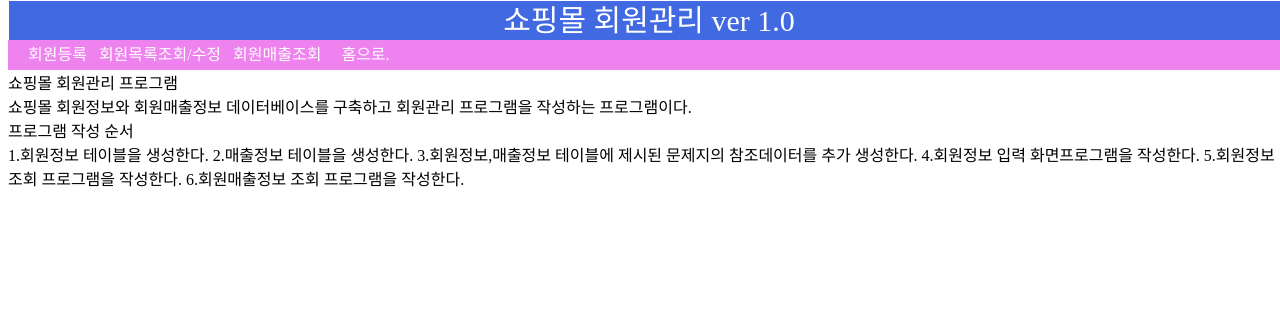
Repository: GotChun/license_practice
Page: http://localhost/HRD_8155/
These files come from the project's save history. The page is drawn as it stood at one moment and after the next save; the edit follows.
The browser window is 1280 px wide. The pictures show the whole page.
The page is served by Tomcat 9.

Above is the page before, as saved 2025-02-18 14:22:45.

After the next save:
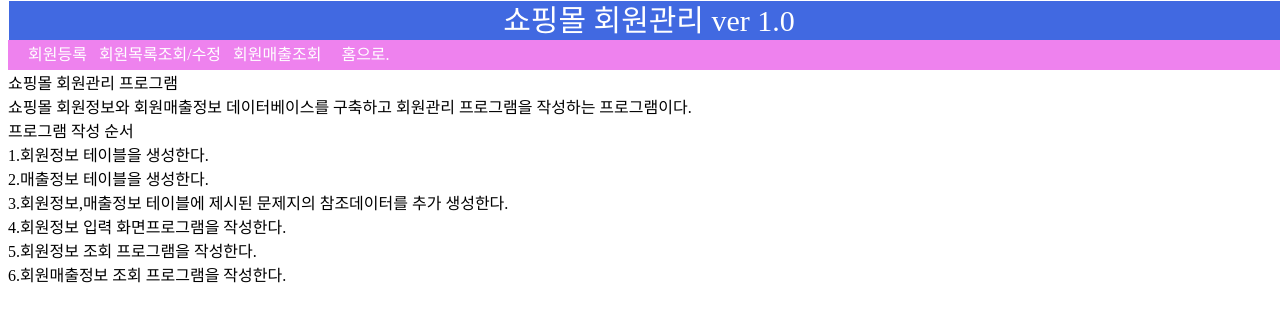
Saved 8 s later.
--- a/HRD_8155/src/main/webapp/index.jsp
+++ b/HRD_8155/src/main/webapp/index.jsp
@@ -17,12 +17,12 @@
 	 	쇼핑몰 회원관리 프로그램<br>
 	 	쇼핑몰 회원정보와 회원매출정보 데이터베이스를 구축하고 회원관리 프로그램을 작성하는 프로그램이다.<br>
 	 	프로그램 작성 순서<br>
-	 	1.회원정보 테이블을 생성한다.
-	 	2.매출정보 테이블을 생성한다.
-	 	3.회원정보,매출정보 테이블에 제시된 문제지의 참조데이터를 추가 생성한다.
-	 	4.회원정보 입력 화면프로그램을 작성한다.
-	 	5.회원정보 조회 프로그램을 작성한다.
-	 	6.회원매출정보 조회 프로그램을 작성한다.
+	 	1.회원정보 테이블을 생성한다.<br>
+	 	2.매출정보 테이블을 생성한다.<br>
+	 	3.회원정보,매출정보 테이블에 제시된 문제지의 참조데이터를 추가 생성한다.<br>
+	 	4.회원정보 입력 화면프로그램을 작성한다.<br>
+	 	5.회원정보 조회 프로그램을 작성한다.<br>
+	 	6.회원매출정보 조회 프로그램을 작성한다.<br>
 	 </section>
 
 </body>
